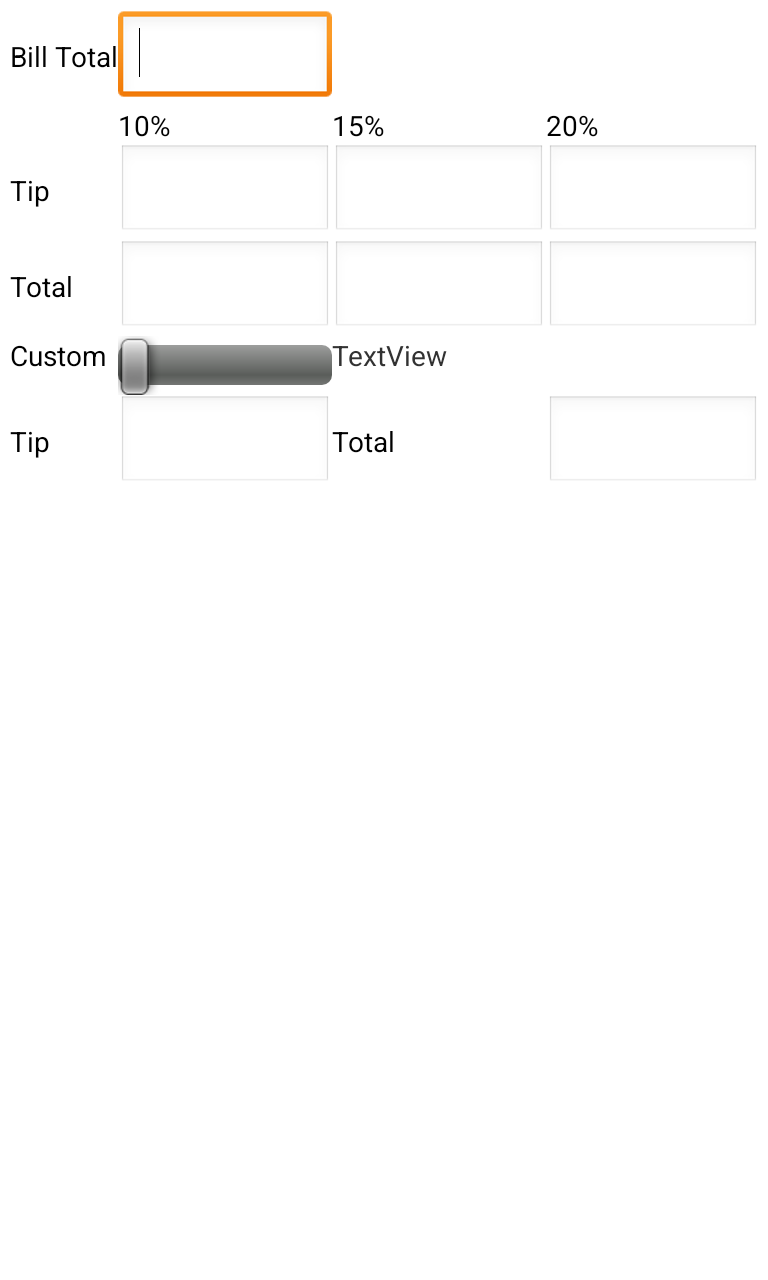
Repository: PaddyWilson/APPD2000
Layout: Workspace/Calculator/res/layout/activity_main.xml
An editor plug-in stored every save of this project. The layout is shown before and after the next save, followed by the edit.
It is drawn on a 768 x 1280 px phone screen (xhdpi) without system bars, with theme AppTheme; the app's code is not run.

Above is the layout before, as saved 2014-09-15 16:48:45.

### Workspace/Calculator/res/layout/activity_main.xml
<TableLayout xmlns:android="http://schemas.android.com/apk/res/android"
    xmlns:tools="http://schemas.android.com/tools"
    android:id="@+id/TableLayout1"
    android:layout_width="match_parent"
    android:layout_height="match_parent"
    android:background="@color/backgroundColour"
    android:padding="5dp"
    android:paddingBottom="@dimen/activity_vertical_margin"
    android:paddingLeft="@dimen/activity_horizontal_margin"
    android:paddingRight="@dimen/activity_horizontal_margin"
    android:paddingTop="@dimen/activity_vertical_margin"
    android:shrinkColumns="1,2,3"
    android:stretchColumns="1,2,3"
    tools:context="com.example.calculator2.MainActivity" >

    <TableRow
        android:id="@+id/tableRow0"
        android:layout_width="wrap_content"
        android:layout_height="wrap_content" >

        <TextView
            android:id="@+id/billTextView"
            android:layout_width="wrap_content"
            android:layout_height="wrap_content"
            android:text="@string/txtBill"
            android:textColor="@color/textViewColour" />

        <EditText
            android:id="@+id/billEditText"
            android:layout_width="wrap_content"
            android:layout_height="wrap_content"
            android:ems="10"
            android:inputType="numberDecimal" >

            <requestFocus />
        </EditText>

    </TableRow>

    <TableRow
        android:id="@+id/tableRow1"
        android:layout_width="wrap_content"
        android:layout_height="wrap_content" >

        <TextView
            android:id="@+id/tenTextView"
            android:layout_width="wrap_content"
            android:layout_height="wrap_content"
            android:layout_column="1"
            android:text="@string/txt10"
            android:textColor="@color/textViewColour" />

        <TextView
            android:id="@+id/fifteenTextView"
            android:layout_width="wrap_content"
            android:layout_height="wrap_content"
            android:text="@string/txt15"
            android:textColor="@color/textViewColour" />

        <TextView
            android:id="@+id/twentyTextView"
            android:layout_width="wrap_content"
            android:layout_height="wrap_content"
            android:text="@string/txt20"
            android:textColor="@color/textViewColour" />

    </TableRow>

    <TableRow
        android:id="@+id/tableRow2"
        android:layout_width="wrap_content"
        android:layout_height="wrap_content" >

        <TextView
            android:id="@+id/tipTextView"
            android:layout_width="wrap_content"
            android:layout_height="wrap_content"
            android:text="@string/txtTip"
            android:textColor="@color/textViewColour" />

        <EditText
            android:id="@+id/tip10EditText"
            android:layout_width="wrap_content"
            android:layout_height="wrap_content"
            android:ems="10"
            android:inputType="numberDecimal" />

        <EditText
            android:id="@+id/tip15EditText"
            android:layout_width="wrap_content"
            android:layout_height="wrap_content"
            android:ems="10"
            android:inputType="numberDecimal" />

        <EditText
            android:id="@+id/tip20EditText"
            android:layout_width="wrap_content"
            android:layout_height="wrap_content"
            android:ems="10"
            android:inputType="numberDecimal" />

    </TableRow>

    <TableRow
        android:id="@+id/tableRow3"
        android:layout_width="wrap_content"
        android:layout_height="wrap_content" >

        <TextView
            android:id="@+id/totalTextView"
            android:layout_width="wrap_content"
            android:layout_height="wrap_content"
            android:text="@string/txtTotal"
            android:textColor="@color/textViewColour" />

        <EditText
            android:id="@+id/total10EditText"
            android:layout_width="wrap_content"
            android:layout_height="wrap_content"
            android:ems="10"
            android:inputType="numberDecimal" />

        <EditText
            android:id="@+id/total15EditText"
            android:layout_width="wrap_content"
            android:layout_height="wrap_content"
            android:ems="10"
            android:inputType="numberDecimal" />

        <EditText
            android:id="@+id/total20EditText"
            android:layout_width="wrap_content"
            android:layout_height="wrap_content"
            android:ems="10"
            android:inputType="numberDecimal" />

    </TableRow>

    <TableRow
        android:id="@+id/tableRow4"
        android:layout_width="wrap_content"
        android:layout_height="wrap_content" >

        <TextView
            android:id="@+id/customTextView"
            android:layout_width="wrap_content"
            android:layout_height="wrap_content"
            android:text="@string/txtCustom"
            android:textColor="@color/textViewColour" />

        <SeekBar
            android:id="@+id/customSeekBar"
            android:layout_width="match_parent"
            android:layout_height="wrap_content" />

        <TextView
            android:id="@+id/customTipTextView"
            android:layout_width="wrap_content"
            android:layout_height="wrap_content"
            android:text="TextView" />

    </TableRow>

    <TableRow
        android:id="@+id/tableRow5"
        android:layout_width="wrap_content"
        android:layout_height="wrap_content" >

        <TextView
            android:id="@+id/tipCustomTextView"
            android:layout_width="wrap_content"
            android:layout_height="wrap_content"
            android:text="@string/txtTip"
            android:textColor="@color/textViewColour" />

        <EditText
            android:id="@+id/tipCustomEditText"
            android:layout_width="wrap_content"
            android:layout_height="wrap_content"
            android:ems="10"
            android:inputType="numberDecimal" />

        <TextView
            android:id="@+id/totalCustomTextView"
            android:layout_width="wrap_content"
            android:layout_height="wrap_content"
            android:text="@string/txtTotal"
            android:textColor="@color/textViewColour" />

        <EditText
            android:id="@+id/totalCustomEditText"
            android:layout_width="wrap_content"
            android:layout_height="wrap_content"
            android:ems="10"
            android:inputType="numberDecimal" />

    </TableRow>

</TableLayout>

### Workspace/Calculator/res/values/styles.xml
<resources>

    <!--
        Base application theme, dependent on API level. This theme is replaced
        by AppBaseTheme from res/values-vXX/styles.xml on newer devices.
    -->
    <style name="AppBaseTheme" parent="android:Theme.Light">
        <!--
            Theme customizations available in newer API levels can go in
            res/values-vXX/styles.xml, while customizations related to
            backward-compatibility can go here.
        -->
    </style>

    <!-- Application theme. -->
    <style name="AppTheme" parent="AppBaseTheme">
        <!-- All customizations that are NOT specific to a particular API-level can go here. -->
    </style>
    <color name="textViewColour">#000</color>
    <color name="backgroundColour">#FFF</color>

</resources>

### Workspace/Calculator/res/values/strings.xml
<?xml version="1.0" encoding="utf-8"?>
<resources>

    <string name="app_name">Calculator2</string>
    <string name="hello_world">Hello world!</string>
    <string name="action_settings">Settings</string>
    <string name="txtBill">Bill Total</string>
    <string name="txtTip">Tip</string>
    <string name="txtTotal">Total</string>
    <string name="txtCustom">Custom</string>
    <string name="txt10">10%</string>
    <string name="txt20">20%</string>
    <string name="txt15">15%</string>

</resources>

Loaded but not shown: Workspace/Calculator/res/values/dimens.xml (common file); Workspace/Calculator/res/values-w820dp/dimens.xml (common file)

After the next save:
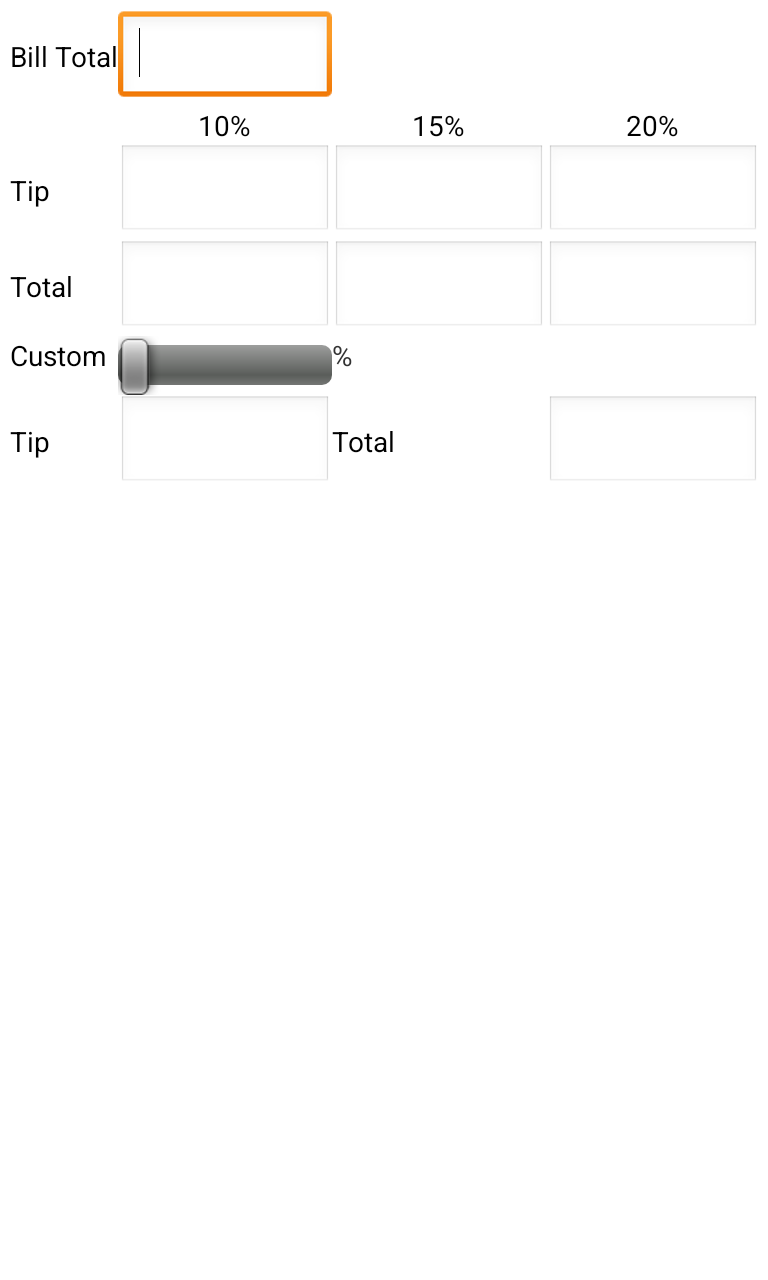
Saved 3 s later.
--- a/Workspace/Calculator/res/layout/activity_main.xml
+++ b/Workspace/Calculator/res/layout/activity_main.xml
@@ -47,6 +47,7 @@
             android:layout_width="wrap_content"
             android:layout_height="wrap_content"
             android:layout_column="1"
+            android:layout_gravity="center"
             android:text="@string/txt10"
             android:textColor="@color/textViewColour" />
 
@@ -54,6 +55,7 @@
             android:id="@+id/fifteenTextView"
             android:layout_width="wrap_content"
             android:layout_height="wrap_content"
+            android:layout_gravity="center"
             android:text="@string/txt15"
             android:textColor="@color/textViewColour" />
 
@@ -61,6 +63,7 @@
             android:id="@+id/twentyTextView"
             android:layout_width="wrap_content"
             android:layout_height="wrap_content"
+            android:layout_gravity="center"
             android:text="@string/txt20"
             android:textColor="@color/textViewColour" />
 
@@ -157,7 +160,7 @@
             android:id="@+id/customTipTextView"
             android:layout_width="wrap_content"
             android:layout_height="wrap_content"
-            android:text="TextView" />
+            android:text="%" />
 
     </TableRow>
 
